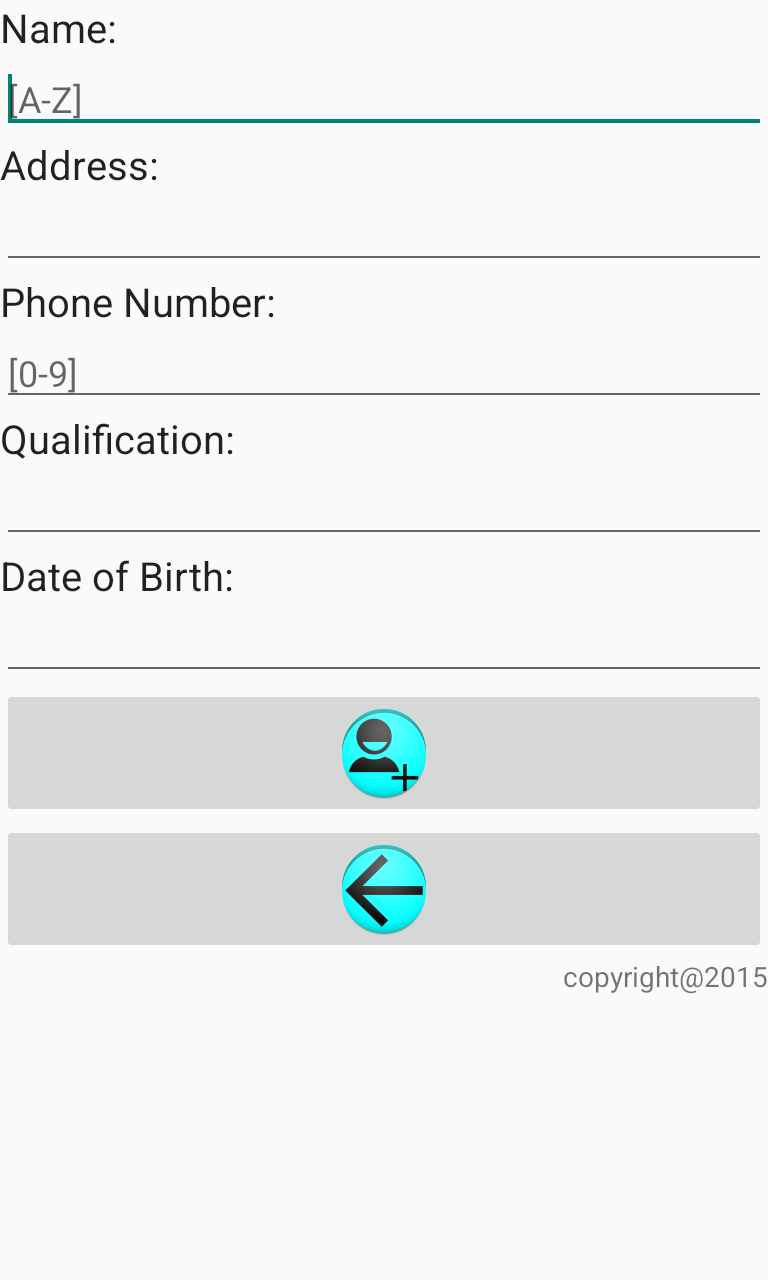
Repository: RibuRoyson/exercise
Layout: Excercise3/res/layout/activity_main.xml
These files come from the project's save history. The layout is drawn as it stood at one moment and after the next save; the edit follows.
It is drawn on a 768 x 1280 px phone screen (xhdpi) without system bars, with theme AppTheme; the app's code is not run.

Above is the layout before, as saved 2015-02-10 07:11:53.

### Excercise3/res/layout/activity_main.xml
<LinearLayout xmlns:android="http://schemas.android.com/apk/res/android"
    xmlns:tools="http://schemas.android.com/tools"
    android:layout_width="fill_parent"
    android:layout_height="fill_parent"
    android:orientation="vertical"
    >

    <TextView
        android:id="@+id/textView1"
        android:layout_width="wrap_content"
        android:layout_height="wrap_content"
        android:text="Name:"
        android:textSize="40px"
        android:textAppearance="?android:attr/textAppearanceLarge" />

    <EditText
        android:id="@+id/editText1"
        android:layout_width="match_parent"
        android:layout_height="wrap_content"
        android:ems="10"
        android:hint="[A-Z]"
        android:maxLength="20"
        >

        <requestFocus />
    </EditText>

    <TextView
        android:id="@+id/textView2"
        android:layout_width="wrap_content"
        android:layout_height="wrap_content"
        android:text="Address:"
        android:textSize="40px"
        android:textAppearance="?android:attr/textAppearanceLarge" />

    <EditText
        android:id="@+id/editText2"
        android:layout_width="match_parent"
        android:layout_height="wrap_content"
        android:ems="10"

        android:inputType="textPostalAddress" />

    <TextView
        android:id="@+id/textView3"
        android:layout_width="wrap_content"
        android:layout_height="wrap_content"
        android:text="Phone Number:"
        android:textSize="40px"
        android:textAppearance="?android:attr/textAppearanceLarge" />

    <EditText
        android:id="@+id/editText3"
        android:layout_width="match_parent"
        android:layout_height="wrap_content"
        android:ems="10"
        android:hint="[0-9]"
        android:inputType="phone" />

    <TextView
        android:id="@+id/textView4"
        android:layout_width="wrap_content"
        android:layout_height="wrap_content"
        android:text="Qualification:"
        android:textSize="40px"
        android:textAppearance="?android:attr/textAppearanceLarge" />

    <EditText
        android:id="@+id/editText4"
        android:layout_width="match_parent"
        android:layout_height="wrap_content"
        android:ems="10" />

    <TextView
        android:id="@+id/textView5"
        android:layout_width="wrap_content"
        android:layout_height="wrap_content"
        android:text="Date of Birth:"
        android:textSize="40px"
        android:textAppearance="?android:attr/textAppearanceLarge" />

    <EditText
        android:id="@+id/editText5"
        android:layout_width="match_parent"
        android:layout_height="wrap_content"
        android:ems="10"
        android:inputType="date" />

    <ImageButton
        android:id="@+id/imageButton1"
        android:layout_width="match_parent"
        android:layout_height="wrap_content"
        android:src="@drawable/save" />

    <ImageButton
        android:id="@+id/imageButton2"
        android:layout_width="match_parent"
        android:layout_height="wrap_content"
        android:src="@drawable/exit1" />

    <TextView
        android:id="@+id/textView6"
        android:layout_width="wrap_content"
        android:layout_height="wrap_content"
        android:text="copyright@2015"
        android:layout_gravity="bottom|end"
        android:textAppearance="?android:attr/textAppearanceSmall" />

</LinearLayout>

Loaded but not shown: Excercise3/res/values/styles.xml (common file); Excercise3/res/values-v11/styles.xml (common file); Excercise3/res/values-v14/styles.xml (common file)

After the next save:
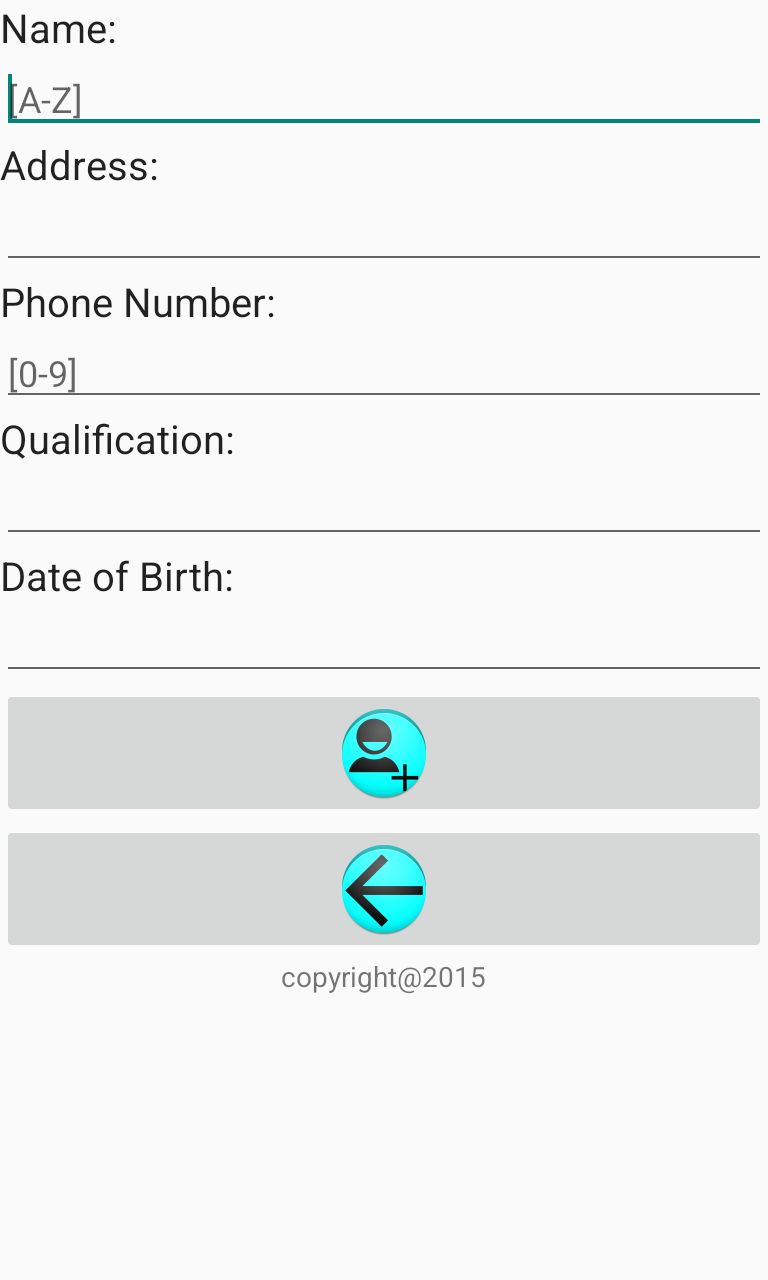
Saved 52 s later.
--- a/Excercise3/res/layout/activity_main.xml
+++ b/Excercise3/res/layout/activity_main.xml
@@ -103,7 +103,7 @@
         android:layout_width="wrap_content"
         android:layout_height="wrap_content"
         android:text="copyright@2015"
-        android:layout_gravity="bottom|end"
+        android:layout_gravity="center"
         android:textAppearance="?android:attr/textAppearanceSmall" />
 
 </LinearLayout>

After the save that followed:
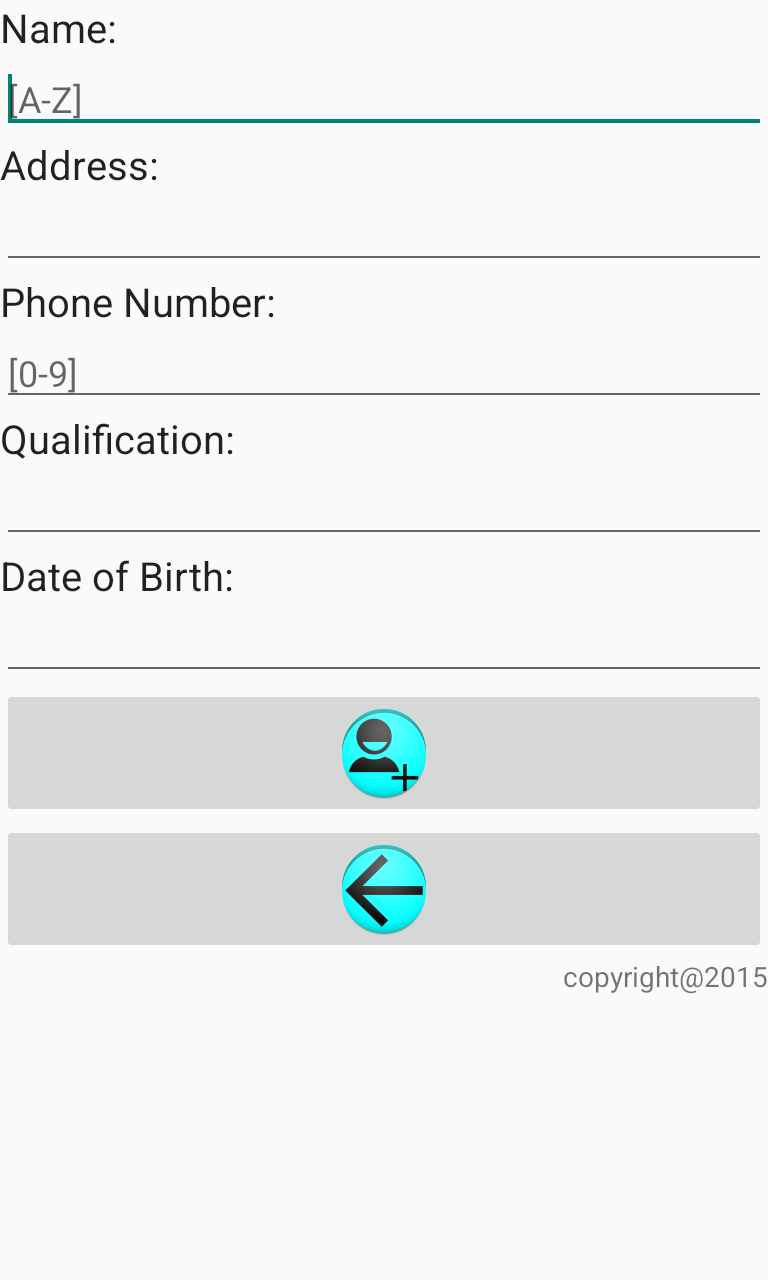
Saved 13 s later.
--- a/Excercise3/res/layout/activity_main.xml
+++ b/Excercise3/res/layout/activity_main.xml
@@ -103,7 +103,7 @@
         android:layout_width="wrap_content"
         android:layout_height="wrap_content"
         android:text="copyright@2015"
-        android:layout_gravity="center"
+        android:layout_gravity="bottom|right"
         android:textAppearance="?android:attr/textAppearanceSmall" />
 
 </LinearLayout>
